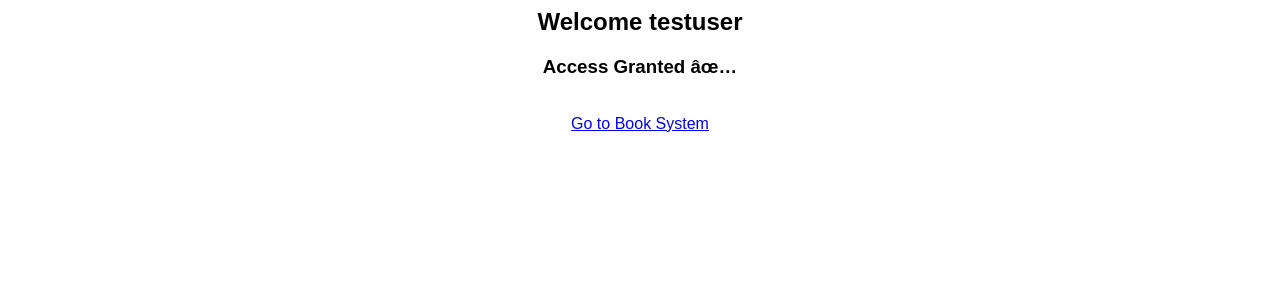
Repository: pranatirao365/WT
Page: http://localhost/week9/home.jsp
The author's editor kept a copy of each file at every save. The page is drawn from the files as they stood at one save, then again after the next save.
The browser window is 1280 px wide. The pictures show the whole page.
The page is served by Tomcat 10. The session is filled in as if someone had signed in: {"user": "testuser"}. Other server files are loaded and not shown.

Above is the page before, as saved 2026-04-26 05:23:01.

### week-9/week9/src/main/webapp/home.jsp
<%@ page language="java" %>
<%
String user = (String) session.getAttribute("user");

if(user == null){
    response.sendRedirect("login.jsp");
    return;
}
%>

<html>
<body style="text-align:center; font-family:Arial;">

<h2>Welcome <%= user %></h2>
<h3>Access Granted ✅</h3>

<br>

<a href="index.jsp">Go to Book System</a>

</body>
</html>

After the next save:
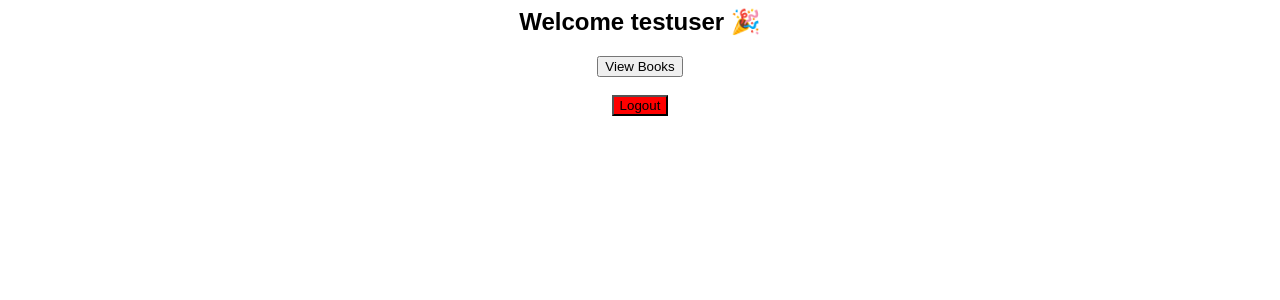
Saved 14 s later.
--- a/week-9/week9/src/main/webapp/home.jsp
+++ b/week-9/week9/src/main/webapp/home.jsp
@@ -1,7 +1,6 @@
-<%@ page language="java" %>
+<%@ page contentType="text/html;charset=UTF-8" %>
 <%
 String user = (String) session.getAttribute("user");
-
 if(user == null){
     response.sendRedirect("login.jsp");
     return;
@@ -11,12 +10,17 @@ if(user == null){
 <html>
 <body style="text-align:center; font-family:Arial;">
 
-<h2>Welcome <%= user %></h2>
-<h3>Access Granted ✅</h3>
+<h2>Welcome <%= user %> 🎉</h2>
 
-<br>
+<a href="books.jsp">
+    <button>View Books</button>
+</a>
 
-<a href="index.jsp">Go to Book System</a>
+<br><br>
+
+<a href="logout">
+    <button style="background:red;">Logout</button>
+</a>
 
 </body>
 </html>
